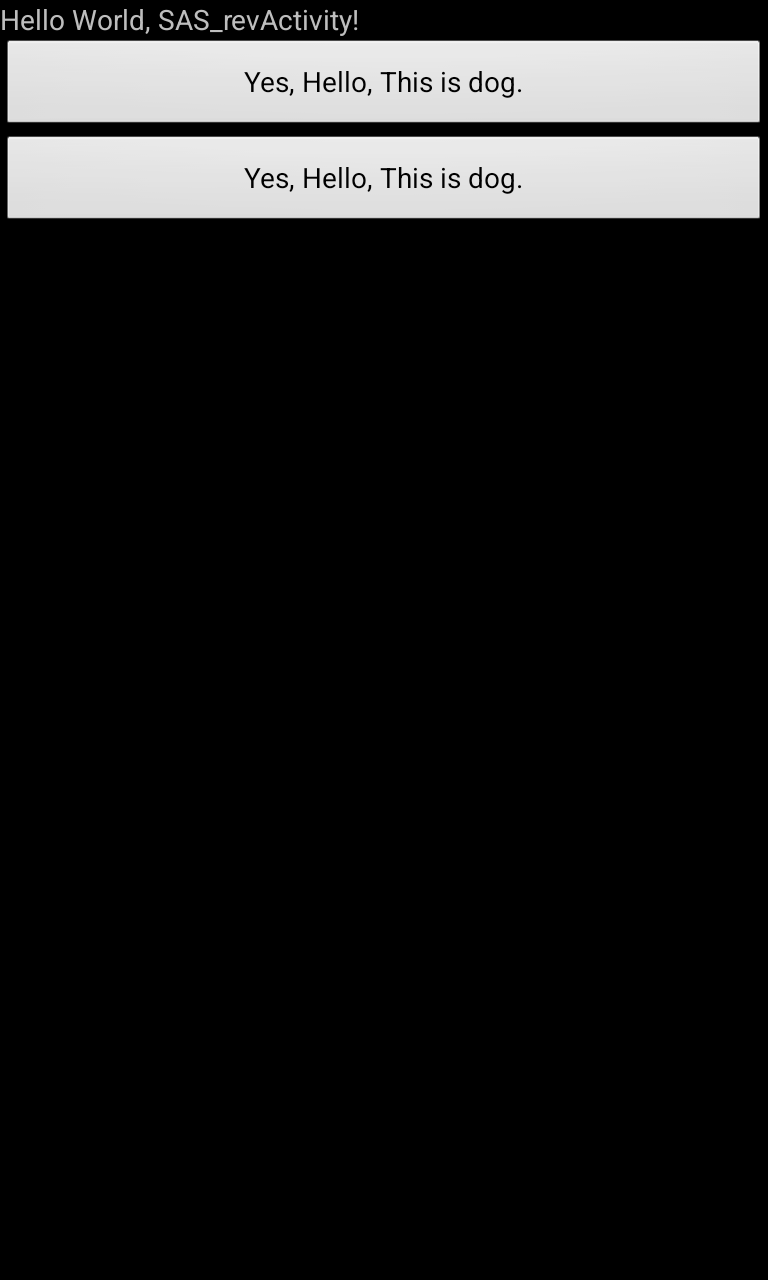
Repository: RaabsIn513/eclipse_workspace
Layout: SAS_rev/res/layout/main.xml
The author's editor kept a copy of each file at every save. The layout is drawn from the files as they stood at one save, then again after the next save.
It is drawn on a 768 x 1280 px phone screen (xhdpi) without system bars, with theme android:Theme; the app's code is not run.

Above is the layout before, as saved 2012-02-08 17:43:17.

After the next save:
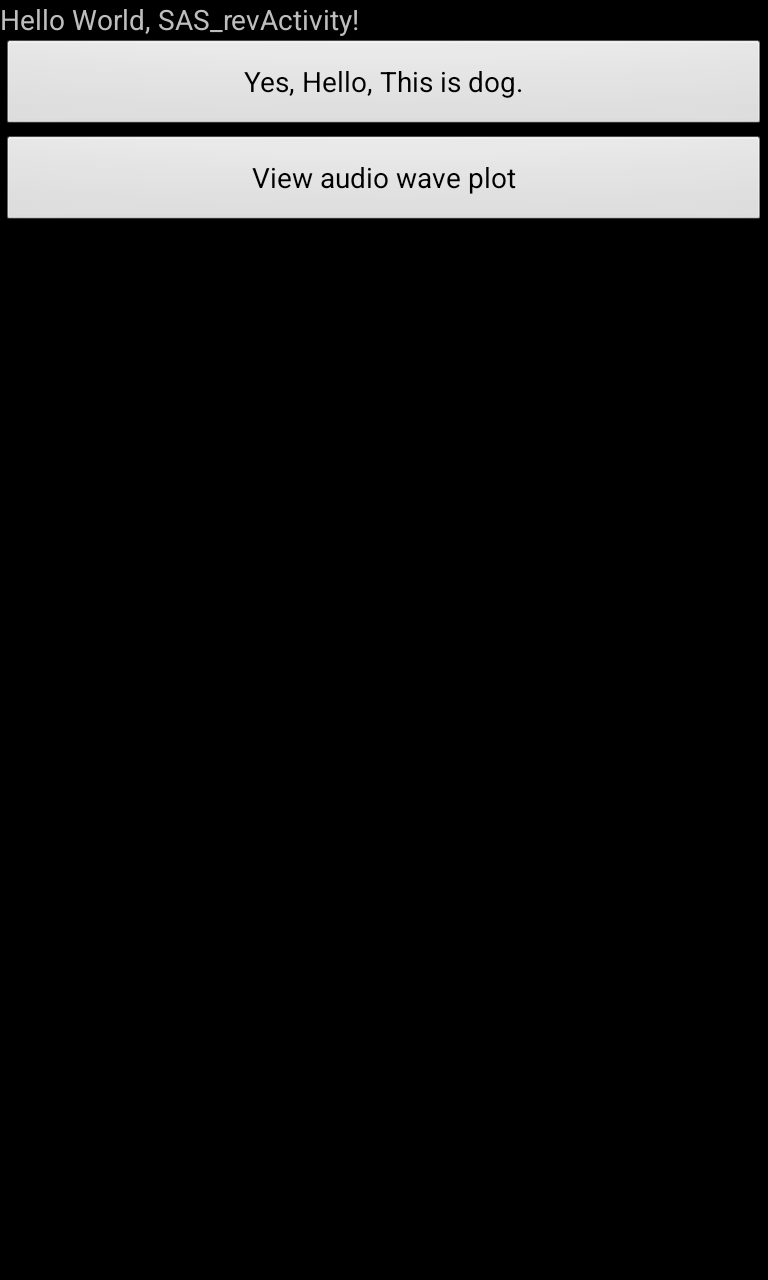
Saved 44 s later.
--- a/SAS_rev/res/layout/main.xml
+++ b/SAS_rev/res/layout/main.xml
@@ -16,9 +16,9 @@
         android:text="Yes, Hello, This is dog." />
 
     <Button
-        android:id="@+id/dog"
+        android:id="@+id/wave_plot"
         android:layout_width="fill_parent"
         android:layout_height="wrap_content"
-        android:text="Yes, Hello, This is dog." />
+        android:text="@string/viewWave_btText" />
 
 </LinearLayout>
